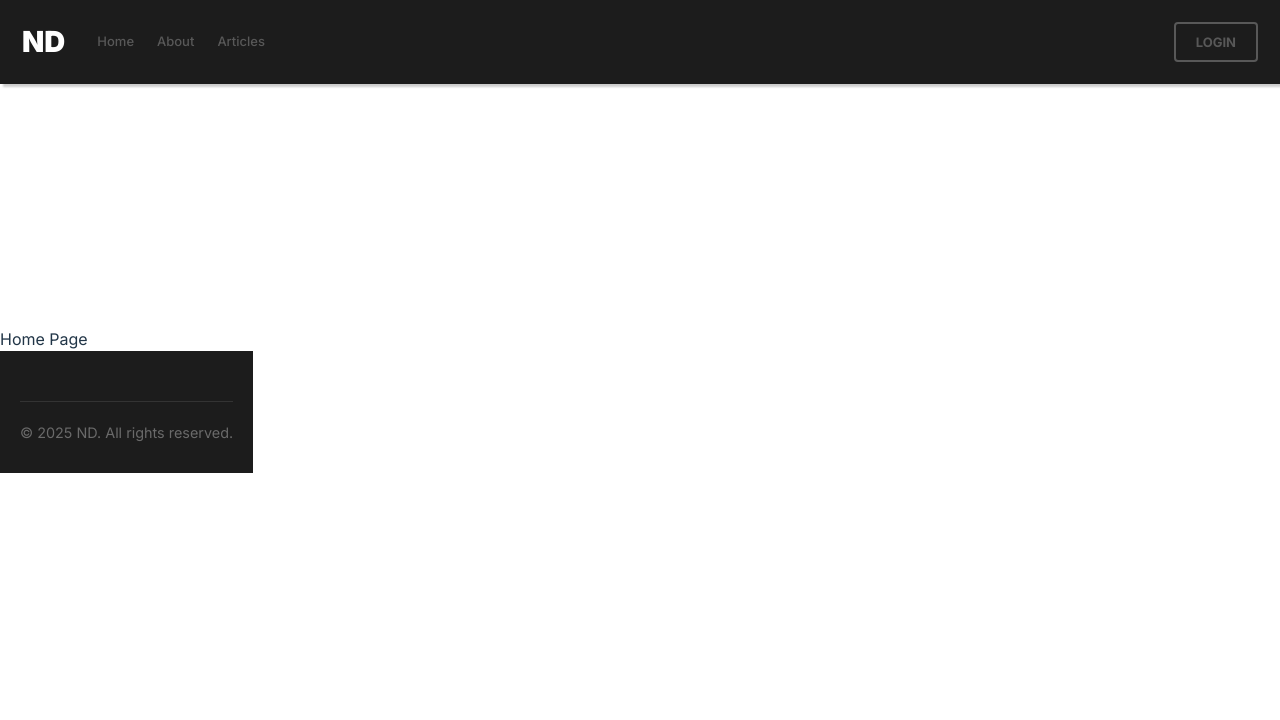
Repository: neomdavid/advancedwebprogramming
Page: /register
These files come from the project's save history. The page is drawn as it stood at one moment and after the next save; the edit follows.
The browser window is 1280 px wide. The pictures show the whole page.
The project was rebuilt for these pictures with package versions that can differ from the ones it lists, and the page was loaded fresh each time. Also part of the build but not shown: vite.config.js, src/styles/AboutPage.css, src/pages/AboutPAge.jsx, src/styles/ArticleList.css, src/article-content.js, src/components/ArticleList.jsx, src/pages/ArticleListPage.jsx, src/styles/ArticlePage.css and 6 more.

Above is the page before, as saved 2025-04-22 08:46:57.

After the next save:
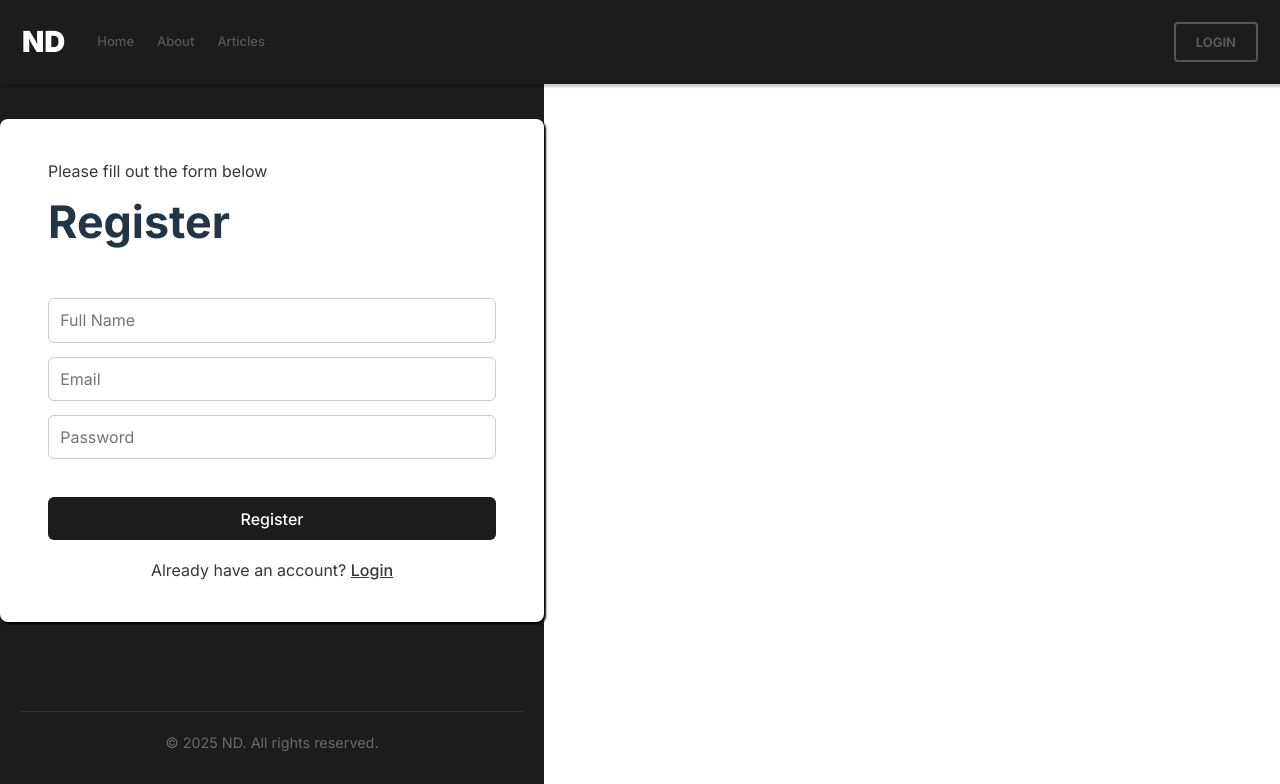
Saved 2 min 8 s later.
--- a/src/pages/RegistrationPage.jsx
+++ b/src/pages/RegistrationPage.jsx
@@ -1,7 +1,58 @@
-import React from "react";
+import React, { useState } from "react";
+import "../styles/LoginPage.css";
+import { Link } from "react-router-dom";
 
 const RegistrationPage = () => {
-  return <div>Home Page</div>;
+  const [name, setName] = useState("");
+  const [email, setEmail] = useState("");
+  const [password, setPassword] = useState("");
+
+  const handleSubmit = (e) => {
+    e.preventDefault();
+    console.log("Register submitted: ", { name, email, password });
+  };
+
+  return (
+    <main>
+      <div className="card">
+        <p>Please fill out the form below</p>
+        <h2>Register</h2>
+        <input
+          type="text"
+          id="name"
+          required
+          placeholder="Full Name"
+          value={name}
+          onChange={(e) => setName(e.target.value)}
+          className="input"
+        />
+        <input
+          type="email"
+          id="email"
+          required
+          placeholder="Email"
+          value={email}
+          onChange={(e) => setEmail(e.target.value)}
+          className="input"
+        />
+        <input
+          type="password"
+          id="password"
+          required
+          placeholder="Password"
+          value={password}
+          onChange={(e) => setPassword(e.target.value)}
+          className="input"
+        />
+        <button onClick={handleSubmit} className="login-button">
+          Register
+        </button>
+        <p className="signup-text">
+          Already have an account? <Link to="/login">Login</Link>
+        </p>
+      </div>
+    </main>
+  );
 };
 
 export default RegistrationPage;
